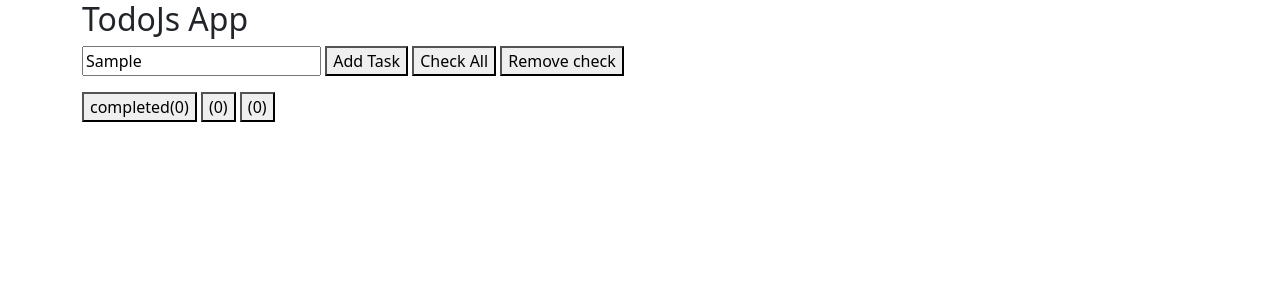
Repository: VladimirKasyanov/Todo
Page: index.html
These files come from the project's save history. The page is drawn as it stood at one moment and after the next save; the edit follows.
The browser window is 1280 px wide. The pictures show the whole page.
Empty fields were first filled with sample values (such as "Sample", 5 or name@example.com).
After loading, the first visible `div.all-button` was clicked once.

Above is the page before, as saved 2024-05-31 15:39:54.

After the next save:
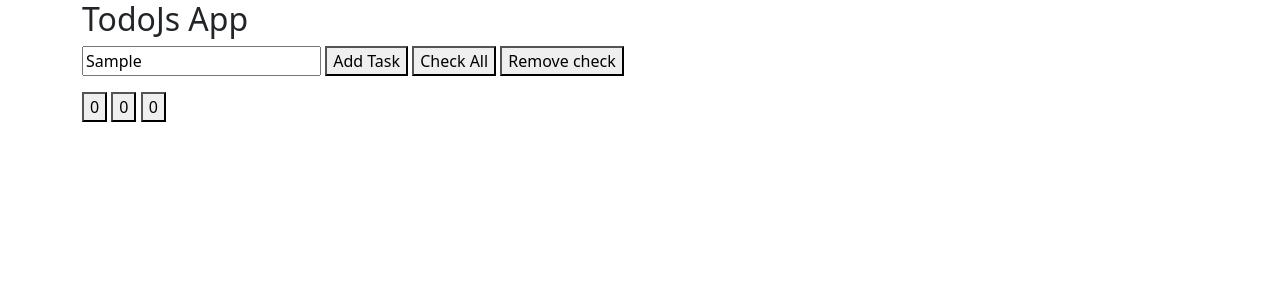
Saved 28 s later.
--- a/todo.js
+++ b/todo.js
@@ -205,14 +205,17 @@ const changeDescriptionFinish = (event) => {
     switch(event.target.id) {
       case 'active':
         condition = 'active'
+        displayList();
         break
 
       case 'completed':
         condition = 'completed'
+        displayList();
         break
 
       default:
         condition = 'all'
+        displayList();
         break
 
       };
